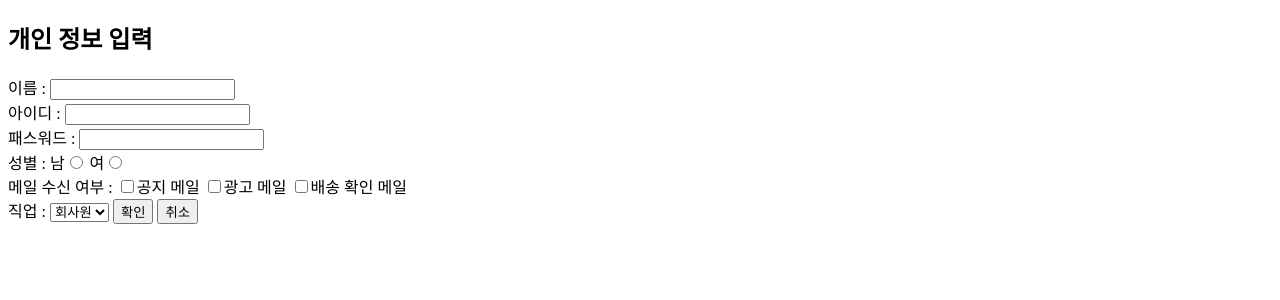
Repository: cdj6995/Web
Page: Lecture-Web/src/main/webapp/servlet/Pinfoinput.html
The author's editor kept a copy of each file at every save. The page is drawn from the files as they stood at one save, then again after the next save.
The browser window is 1280 px wide. The pictures show the whole page.

Above is the page before, as saved 2022-06-02 10:56:01.

After the next save:
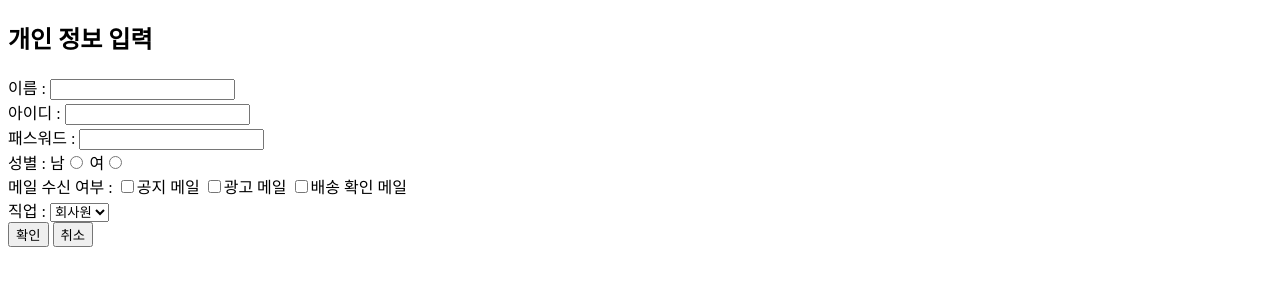
Saved 13 s later.
--- a/Lecture-Web/src/main/webapp/servlet/Pinfoinput.html
+++ b/Lecture-Web/src/main/webapp/servlet/Pinfoinput.html
@@ -20,10 +20,10 @@
 			<option value="회사원">회사원
 			<option value="학생">학생
 			<option value="기타">기타
-		</select>
+		</select><br>
 		<button type="submit" value="확인">확인</button>
 		<button value="취소">취소</button>
-	</form><br>
+	</form>
 	 &nbsp;
 </body>
 </html>
